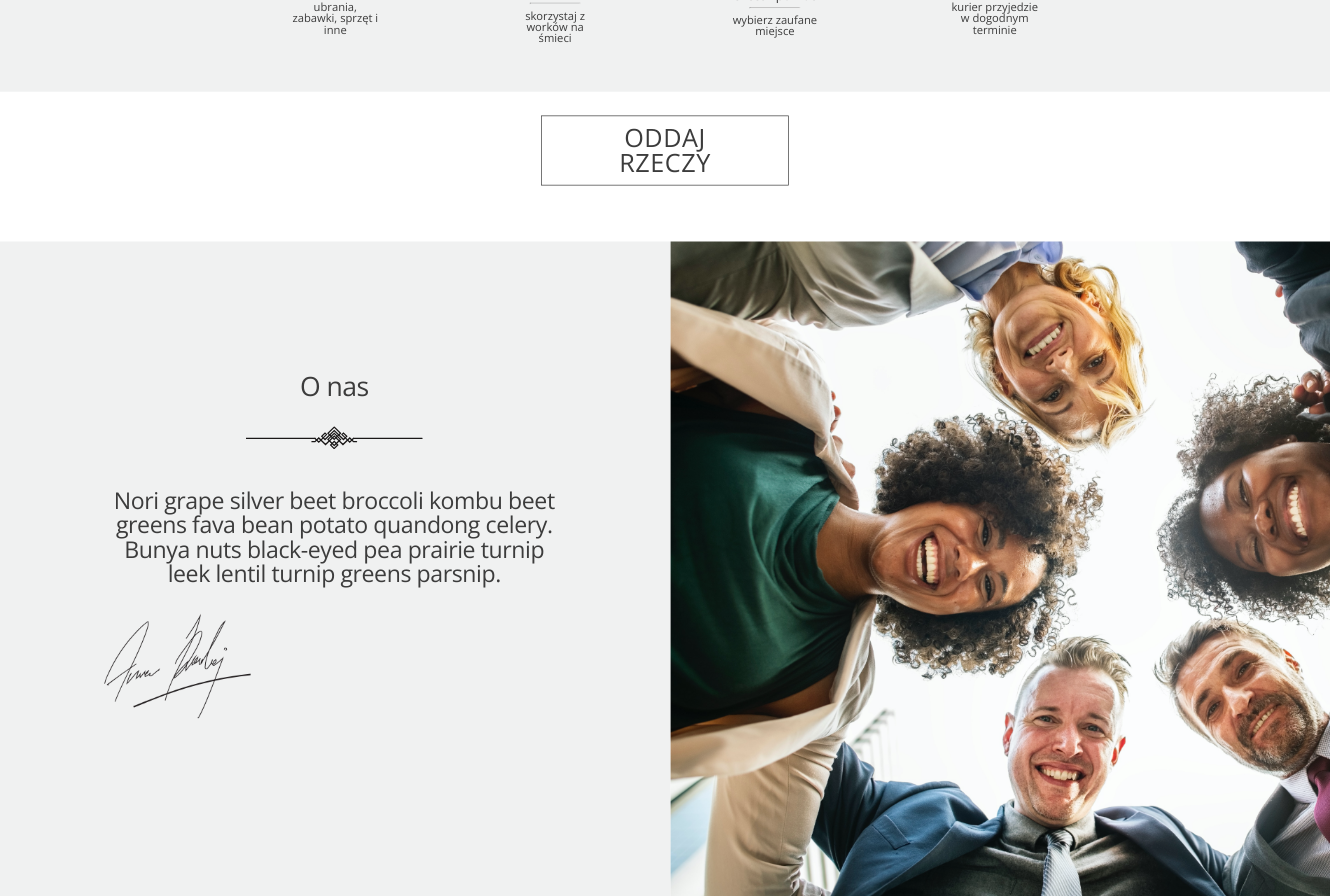
Repository: tomekwoojcik/oddam-w-dobre-rence
Page: /
The author's editor kept a copy of each file at every save. The page is drawn from the files as they stood at one save, then again after the next save.
The browser window is 1280 px wide. The page is 1900 px wide, so the pictures cover 1900 px, including what lies to the right of the window. The pictures show the part of the page from y = 1720 to 3000 px (the page is 3000 px tall), at 70% of full size.
The project was rebuilt for these pictures with package versions that can differ from the ones it lists, and the page was loaded fresh each time. Also part of the build but not shown: src/pages/logIn/logIn.js, src/pages/register/register.js.

Above is the page before, as saved 2022-12-08 09:38:02.

### public/index.html
<!DOCTYPE html>
<html lang="en">
  <head>
    <meta charset="utf-8" />
    <link rel="icon" href="%PUBLIC_URL%/favicon.ico" />
    <meta name="viewport" content="width=device-width, initial-scale=1" />
    <meta name="theme-color" content="#000000" />
    <meta
      name="description"
      content="Web site created using create-react-app"
    />
    <link rel="apple-touch-icon" href="%PUBLIC_URL%/logo192.png" />
    <link rel="manifest" href="%PUBLIC_URL%/manifest.json" />
    <title>React App</title>
    <link rel="preconnect" href="https://fonts.googleapis.com">
    <link rel="preconnect" href="https://fonts.gstatic.com" crossorigin>
    <link
      href="https://fonts.googleapis.com/css2?family=Merriweather:ital,wght@0,300;0,400;0,700;0,900;1,300;1,400;1,700;1,900&family=Open+Sans:ital,wght@0,300;0,400;0,500;0,600;0,700;0,800;1,300;1,400;1,500;1,600;1,700;1,800&display=swap"
      rel="stylesheet">
  </head>
  <body>
    <div id="root"></div>
  </body>
</html>

### src/index.js
import React from 'react'
import ReactDOM from 'react-dom/client'
import './scss/main.scss'
import App from './App'
import reportWebVitals from './reportWebVitals'

const root = ReactDOM.createRoot(document.getElementById('root'))
root.render(
  <React.StrictMode>
    <App />
  </React.StrictMode>
)

// If you want to start measuring performance in your app, pass a function
// to log results (for example: reportWebVitals(console.log))
// or send to an analytics endpoint. Learn more: https://bit.ly/CRA-vitals
reportWebVitals()

### src/scss/main.scss
@import './reset';
@import './settings/colors';
@import './settings/fonts';
@import '../components/atoms/buttonsMenu/buttonsMenu';
@import '../components/molecules/navMenu/navMenu';
@import '../components/atoms/buttonsLoginLogout/buttonsLoginLogout';
@import '../components/molecules/navLoginLogout/navLoginLogout';
@import '../components/molecules/menu/menu';
@import '../components/atoms/photoInHeader/photoInHeader.scss';
@import '../components/organisms/header/header';
@import '../components/atoms/partTextInHeader/firstPartText';
@import '../components/molecules/rightPart/rightPart';
@import '../components/molecules/textInHeader/textInHeader';
@import '../components/atoms/decorationAssets/decorationAssets';
@import '../components/molecules/menuRightPartContext/menuRightPartContext';
@import '../components/atoms/buttonsInRightPartContext/buttonsInRightPartContext';
@import '../components/organisms/threeColumns/threeColumns';
@import '../pages/home/home';
@import '../components/molecules/oneColumn/oneColumn';
@import '../components/atoms/counterInColumn/counterInColumn';
@import '../components/atoms/titleInColumn/titleInColumn';
@import '../components/atoms/textInColumn/textInColumn';
@import '../components/atoms/simpleStepsTitle/simpleStepsTitle';
@import '../components/organisms/simpleSteps/simpleSteps';
@import '../components/atoms/simpleStepsColumn/simpleStepsColumn';
@import '../components/molecules/simpleStepsBar/simpleStepsBar';
@import '../components/organisms/aboutUsBar/aboutUsBar';

* {
    font-family: $font-base;
}

### src/App.js
/* eslint-disable react/react-in-jsx-scope */
import { Outlet, Route, Routes } from 'react-router'
import { BrowserRouter } from 'react-router-dom'
import Home from './pages/home/home'
import './App.css'
import LogIn from './pages/logIn/logIn'
import Register from './pages/register/register'

function App () {
  return (
    <div className="App">
      <Outlet />
      <BrowserRouter>
        <Routes>
          <Route path='/' element={<Home />} />
          <Route path='logowanie' element={<LogIn />} />
          <Route path='rejestracja' element={<Register />} />
        </Routes>

      </BrowserRouter>
    </div>
  )
}

export default App

### src/scss/settings/_colors.scss
$white-color: #F0F1F1;
$mustard-color: #5E5322;
$strong-yellow-color: #FAD648;
$grey-color: #737373;
$black-color: #3C3C3C;

### src/components/atoms/buttonsMenu/_buttonsMenu.scss
@import '../../../scss/settings/fonts';
@import '../../../scss/settings/colors';

.buttonItem {
    .button {
        font-size: 18px;
        padding: 9px 20px;
        color: $black-color;
        text-decoration: none;
        font-family: $font-base;
        border: 0.75px solid white;
    }

    .button:hover{
        border: 0.75px solid $black-color;
    }
}

### src/components/molecules/navMenu/_navMenu.scss
@import '../../../scss/settings/fonts';
@import '../../../scss/settings/colors';

.buttonList {
    margin-top: 10px;
    display: flex;
    flex-direction: row;
    justify-content: flex-end;
    margin-right: 142px;
}

### src/components/atoms/buttonsLoginLogout/_buttonsLoginLogout.scss
@import '../../../scss/settings/fonts';
@import '../../../scss/settings/colors';

.buttonMenuItems {
    .buttonMenu {
        font-family: $font-base;
        font-size: 14px;
        text-decoration: none;
        color: $grey-color;
        padding: 9px 10px;
        margin-left: 20px;
        border: 0.75px solid white;
    }

    .buttonMenu:hover{
        border-color: $strong-yellow-color;
    }
}

### src/components/molecules/navLoginLogout/_navLoginLogout.scss
.buttonMenuList{
    display: flex;
    flex-direction: row;
    justify-content: flex-end;
    margin-right: 142px;
    margin-bottom: 60px;
}

### src/components/molecules/menu/_menu.scss
.menu {
    width: 100%;
    margin-top: 37px;
    flex-direction: column;
}

### src/components/atoms/photoInHeader/_photoInHeader.scss
.photoHeader {
    width: 885px;
    height: 963px;
}

### src/components/organisms/header/_header.scss
.header {
    display: flex;
    flex-direction: row;
    width: 1758px;
}

### src/components/atoms/partTextInHeader/_firstPartText.scss
@import '../../../scss/settings/fonts';
@import '../../../scss/settings/colors';

.textInHeader{
    font-family: $font-base;
    font-size: 38px;
    margin-bottom: 10px;
}

### src/components/molecules/rightPart/_rightPart.scss
.rightPartHeader{
    display: flex;
    flex-direction: column;
}

### src/components/molecules/textInHeader/_textInHeader.scss
.textIn{
    margin-top: 210px;
}

### src/components/atoms/decorationAssets/_decorationAssets.scss
.decorationAssets {
    width: 253px;
    height: 33px;
    align-self: center;
    margin-top: 25px;
}

### src/components/molecules/menuRightPartContext/_menuRightPartContext.scss
.menuRightPartContext{
    display: flex;
    flex-direction: row;
    justify-content: center;
    margin-top: 65px;
}

### src/components/atoms/buttonsInRightPartContext/_buttonsInRightPartContext.scss
@import '../../../scss/settings/fonts';
@import '../../../scss/settings/colors';
@import '../../../scss/settings/otherVariables';

.buttonItemMenuContext {
    width: 250px;
    border: $border;
    padding: 13px 51px;

    .buttonMenuContext {

        text-transform: uppercase;
        text-decoration: none;
        color: $black-color;
        font-size: 36px;
        letter-spacing: 0.76px;
        word-wrap: break-word;
        font-family: $font-base;
        font-weight: 300;
    }

}

.buttonItemMenuContext:nth-child(2) {
    margin-left: 44px;
}

### src/scss/settings/_otherVariables.scss
@import '../settings/colors';
@import '../settings/colors';

$border: 0.75px solid $black-color;

### src/components/organisms/threeColumns/_threeColumns.scss
.threeColumns{
    background: url(../../../assets/backGround.png) ;
    width: 100%;
    display: flex;
    flex-direction: row;
    justify-content: space-around;
}

### src/pages/home/_home.scss
.homePage{
    width: 1900px;
    margin: 0 auto;
}

### src/components/molecules/oneColumn/_oneColumn.scss
.oneColumn {
    display: flex;
    flex-direction: column;
    justify-content: center;
    width: 334px;
    height: 252px;
    padding-top: 46px;
    padding-bottom: 86px;

}

### src/components/atoms/counterInColumn/_counterInColumn.scss
@import '../../../scss/settings/fonts';
@import '../../../scss/settings/colors';
@import '../../../scss/settings/otherVariables';

.counterColumn{
    font-size: 90px;
    font-family: $font-base;
    color: $mustard-color;
    font-weight: 300;
}

### src/components/atoms/titleInColumn/_titleInColumn.scss
@import '../../../scss/settings/fonts';
@import '../../../scss/settings/colors';
@import '../../../scss/settings/otherVariables';

.titleColumn{
    text-transform: uppercase;
    font-size: 18px;
    font-family: $font-base;
    letter-spacing: -0.36px;
    color: $black-color;
    margin: 10px 0 28px 0;

}

### src/components/atoms/textInColumn/_textInColumn.scss
@import '../../../scss/settings/fonts';
@import '../../../scss/settings/colors';
@import '../../../scss/settings/otherVariables';


.textColumn{
    font-family: $font-alt;
    font-size: 16px;
    font-weight: lighter;
    color: $black-color;
    letter-spacing: -0.32px;
    line-height: 25px;
}

### src/components/atoms/simpleStepsTitle/_simpleStepsTitle.scss
@import '../../../scss/settings/fonts';
@import '../../../scss/settings/colors';
@import '../../../scss/settings/otherVariables';

.simpleStepsTitle {
    font-size: 38px;
    font-family: $font-base;
    letter-spacing: -0.76px;
    color: $black-color;
    font-weight: 300;
}

### src/components/organisms/simpleSteps/_simpleSteps.scss
.simpleSteps{
    padding: 55px 0 80px 0;
    display: flex;
    flex-direction: column;

    .buttonItemMenuContext{
        align-self: center;
    }
}

### src/components/atoms/simpleStepsColumn/_simpleStepsColumn.scss
@import '../../../scss/settings/fonts';
@import '../../../scss/settings/colors';
@import '../../../scss/settings/otherVariables';

.simpleStepsColumn {
    width: 130px;
    height: 172px;

    .simpleStepsColumnImg {
        width: 83px;
        height: 83px;
    }

    .simpleStepsColumnTitle {
        font-family: $font-base;
        font-size: 18px;
        color: $black-color;
    }

    .simpleStepsColumnLine {
        color: $grey-color;
        width: 70px;
    }

    .simpleStepsColumnText {
        font-family: $font-base;
        font-size: 16px;
        color: $black-color;
        height: 40px;
        width: 100%;
    }
}


.simpleStepsColumn:nth-child(2){
    .simpleStepsColumnTitle{
        margin-top: 12px;
    }
}

### src/components/molecules/simpleStepsBar/_simpleStepsBar.scss
@import '../../../scss/settings/fonts';
@import '../../../scss/settings/colors';
@import '../../../scss/settings/otherVariables';

.simpleStepsBar {
    background-color: $white-color;
    padding: 71px 414px 76px 414px;
    display: flex;
    flex-direction: row;
    justify-content: space-between;
    margin-top: 34px;
    margin-bottom: 34px;
}

### src/components/organisms/aboutUsBar/_aboutUsBar.scss
@import '../../atoms/aboutUsImg/aboutUsImg';
@import '../../atoms/aboutUsText/aboutUsText';

.aboutUsBar{
    height: 935px;
    display: flex;
}

### src/components/atoms/aboutUsImg/_aboutUsImg.scss
.aboutUsImg{
    background-image: url('../../../assets/People.png');
    width: 942px;
    height: 100%;

}

### src/components/atoms/aboutUsText/_aboutUsText.scss
@import '../../../scss/settings/fonts';
@import '../../../scss/settings/colors';
@import '../../../scss/settings/otherVariables';

.aboutUsText {
    background-color: $white-color;
    width: calc(958px - 301px);
    padding: 186px 152px 185px 149px;

    .aboutUsTextTitle {
        font-family: $font-base;
        font-size: 38px;
        letter-spacing: -0.76px;
        color: $black-color;
        margin-bottom: 15px;
        font-weight: normal;
    }

    .aboutUsTextinText {
        width: 657px;
        font-family: $font-base;
        font-size: 33px;
        letter-spacing: -0.6px;
        color: $black-color;
        font-weight: 300;
        line-height: 35px;
        margin: 55px 0 40px 0;
    }

    .aboutUsSignature {
        background-image: url('../../../assets/Signature.png');
        width: 209px;
        height: 149px;
        align-self: flex-end;
    }
}

### src/pages/home/home.js
import React from 'react'
import AboutUsBar from '../../components/organisms/aboutUsBar/aboutUsBar'
import Header from '../../components/organisms/header/header'
import SimpleSteps from '../../components/organisms/simpleSteps/simpleSteps'
import ThreeColumns from '../../components/organisms/threeColumns/threeColumns'

const Home = () => {
  return (
    <div className='homePage'>
      <Header />
      <ThreeColumns />
      <SimpleSteps />
      <AboutUsBar/>
    </div>
  )
}

export default Home

### src/components/organisms/aboutUsBar/aboutUsBar.js
import React from 'react'
import AboutUsImg from '../../atoms/aboutUsImg/aboutUsImg'
import AboutUsText from '../../atoms/aboutUsText/aboutUsText'

const AboutUsBar = () => {
  return (
        <div className='aboutUsBar'>
          <AboutUsText aboutUsTextTitle={'O nas'} aboutUsTextinText={'Nori grape silver beet broccoli kombu beet greens fava bean potato quandong celery. Bunya nuts black-eyed pea prairie turnip leek lentil turnip greens parsnip.'} />
          <AboutUsImg/>
        </div>
  )
}

export default AboutUsBar

### src/components/organisms/header/header.js
import React from 'react'
import PhotoInHeader from '../../atoms/photoInHeader/photoInHeader'
import RightPart from '../../molecules/rightPart/rightPart'
const Header = () => {
  return (
    <header className='header'>
      <PhotoInHeader />
      <RightPart />
    </header>

  )
}

export default Header

### src/components/organisms/simpleSteps/simpleSteps.js
import React from 'react'
import SimpleStepsTitle from '../../atoms/simpleStepsTitle/simpleStepsTitle'
import DecorationAssets from '../../atoms/decorationAssets/decorationAssets'
import SimpleStepsBar from '../../molecules/simpleStepsBar/simpleStepsBar'
import ButtonsInRightPartContext from '../../atoms/buttonsInRightPartContext/buttonsInRightPartContext'
const SimpleSteps = () => {
  return (
        <div className='simpleSteps'>
            <SimpleStepsTitle text={'Wystarczą 4 proste kroki'} />
            <DecorationAssets />
            <SimpleStepsBar />
            <ButtonsInRightPartContext buttonName={'oddaj rzeczy'} />
        </div>
  )
}

export default SimpleSteps

### src/components/atoms/aboutUsImg/aboutUsImg.js
import React from 'react'
const AboutUsImg = () => {
  return (
        <div className='aboutUsImg'/>
  )
}

export default AboutUsImg

### src/components/atoms/aboutUsText/aboutUsText.js
/* eslint-disable react/prop-types */
import DecorationAsets from '../decorationAssets/decorationAssets'
import React from 'react'

const AboutUsText = ({ aboutUsTextTitle, aboutUsTextinText }) => {
  return (
        <div className='aboutUsText'>
            <h3 className='aboutUsTextTitle'>{aboutUsTextTitle}</h3>
            <DecorationAsets />
          <p className='aboutUsTextinText'>{aboutUsTextinText}</p>
          <div className='aboutUsSignature'/>
        </div>
  )
}

export default AboutUsText

### src/components/atoms/photoInHeader/photoInHeader.js
import React from 'react'
import Image from '../../../assets/Home-Hero-Image.jpg'

const PhotoInHeader = () => {
  return (
    <img className='photoHeader' src={Image} />
  )
}

export default PhotoInHeader

### src/components/molecules/rightPart/rightPart.js
import React from 'react'
import Menu from '../menu/menu'
import RightPartContext from '../rightPartContext/rightPartContext'

const RightPart = () => {
  return (
    <div className='rightPartHeader'>
      <Menu />
      <RightPartContext />
    </div>
  )
}

export default RightPart

### src/components/atoms/simpleStepsTitle/simpleStepsTitle.js
/* eslint-disable react/prop-types */
import React from 'react'

const SimpleStepsTitle = ({ text }) => {
  return (
        <h4 className='simpleStepsTitle'>{text}</h4>
  )
}

export default SimpleStepsTitle

### src/components/atoms/decorationAssets/decorationAssets.js
import React from 'react'
import DecoratorImage from '../../../assets/Decoration.svg'
const DecorationAssets = () => {
  return (
        <img className="decorationAssets" src={DecoratorImage} />
  )
}

export default DecorationAssets

### src/components/atoms/buttonsInRightPartContext/buttonsInRightPartContext.js
import React from 'react'
import { NavLink } from 'react-router-dom'

// eslint-disable-next-line react/prop-types
const ButtonsInRightPartContext = ({ source, buttonName }) => {
  return (
    <div className='buttonItemMenuContext'><NavLink className='buttonMenuContext' to={source}>{buttonName}</NavLink></div>
  )
}

export default ButtonsInRightPartContext

### src/components/molecules/oneColumn/oneColumn.js
/* eslint-disable react/prop-types */
import React from 'react'
import CounterInColumn from '../../atoms/counterInColumn/counterInColumn'
import TextInColumn from '../../atoms/textInColumn/textInColumn'
import TitleInColumn from '../../atoms/titleInColumn/titleInColumn'

const OneColumn = ({ counter, title, text }) => {
  return (
        <div className='oneColumn'>
            <CounterInColumn counterColumn={counter} />
            <TitleInColumn titleColumn={title} />
            <TextInColumn textColumn={text} />
        </div>
  )
}

export default OneColumn

### src/components/molecules/menu/menu.js
import React from 'react'
import NavLoginLogout from '../navLoginLogout/navLoginLogout'
import NavMenu from '../navMenu/navMenu'

const Menu = () => {
  return (
    <div className='menu'>
      <NavLoginLogout />
      <NavMenu />
    </div>
  )
}

export default Menu

### src/components/molecules/rightPartContext/rightPartContext.js
import React from 'react'
import DecorationAssets from '../../atoms/decorationAssets/decorationAssets'
import MenuRightPartContext from '../menuRightPartContext/menuRightPartContext'
import TextInHeader from '../textInHeader/textInHeader'

const RightPartContext = () => {
  return (
      <div className='rightPartContext'>
          <TextInHeader />
          <DecorationAssets />
          <MenuRightPartContext/>
        </div>
  )
}

export default RightPartContext

### src/components/atoms/simpleStepsColumn/simpleStepsColumn.js
/* eslint-disable react/prop-types */
import React from 'react'

const SimpleStepsColumn = ({ source, simpleStepsColumnTitle, simpleStepsColumnText }) => {
  return (
    <div className='simpleStepsColumn'>
          <img className='simpleStepsColumnImg' src={source} />
          <h4 className='simpleStepsColumnTitle' >{simpleStepsColumnTitle}</h4>
          <hr className='simpleStepsColumnLine' />
          <p className='simpleStepsColumnText'>{simpleStepsColumnText}</p>
    </div>
  )
}

export default SimpleStepsColumn

### src/components/atoms/counterInColumn/counterInColumn.js
/* eslint-disable react/prop-types */
import React from 'react'

const CounterInColumn = ({ counterColumn }) => {
  return (
    <h3 className='counterColumn'>{counterColumn}</h3>
  )
}

export default CounterInColumn

### src/components/atoms/textInColumn/textInColumn.js
/* eslint-disable react/prop-types */
import React from 'react'

const TextInColumn = ({ textColumn }) => {
  return (
      <p className='textColumn'>{ textColumn }</p>
  )
}

export default TextInColumn

### src/components/atoms/titleInColumn/titleInColumn.js
/* eslint-disable react/prop-types */
import React from 'react'

const TitleInColumn = ({ titleColumn }) => {
  return (
      <h4 className='titleColumn'>{titleColumn}</h4>
  )
}

export default TitleInColumn

### src/components/molecules/navLoginLogout/navLoginLogout.js
import React from 'react'
import ButtonsLoginLogout from '../../atoms/buttonsLoginLogout/buttonsLoginLogout'

const NavLoginLogout = () => {
  return (
        <ul className='buttonMenuList'>
          <ButtonsLoginLogout source={'logowanie'} buttonName={'Zaloguj'} />
          <ButtonsLoginLogout source={'rejestracja'} buttonName={'Załóź konto'} />
        </ul>
  )
}

export default NavLoginLogout

### src/components/molecules/navMenu/navMenu.js
import React from 'react'
import ButtonsMenu from '../../atoms/buttonsMenu/buttonsMenu'

const NavMenu = () => {
  return (
        <ul className='buttonList'>
          <ButtonsMenu source={'/'} linkName={'Start'} />
          <ButtonsMenu source={'/'} linkName={'O co chodzi?'} />
          <ButtonsMenu source={'/'} linkName={'O nas'} />
          <ButtonsMenu source={'/'} linkName={'Fundacje i organizacje'} />
          <ButtonsMenu source={'/'} linkName={'Kontakt'} />
        </ul>
  )
}

export default NavMenu

### src/components/molecules/menuRightPartContext/menuRightPartContext.js
import React from 'react'
import ButtonsInRightPartContext from '../../atoms/buttonsInRightPartContext/buttonsInRightPartContext'

const MenuRightPartContext = () => {
  return (
      <ul className='menuRightPartContext'>
      <ButtonsInRightPartContext source={'#'} buttonName={'Oddaj rzeczy'} />
      <ButtonsInRightPartContext source={'#'} buttonName={'Zorganizuj zbiórke'} />
    </ul>
  )
}

export default MenuRightPartContext

### src/components/molecules/textInHeader/textInHeader.js
import React from 'react'
import FirstPartText from '../../atoms/partTextInHeader/firstPartText'

const TextInHeader = () => {
  return (
        <div className='textIn'>
          <FirstPartText textHeader={'Zacznij pomagać!'} />
          <FirstPartText textHeader={'Oddaj niechciane rzeczy w zaufane ręce'} />
        </div>
  )
}

export default TextInHeader

### src/components/atoms/buttonsLoginLogout/buttonsLoginLogout.js
/* eslint-disable react/prop-types */
import React from 'react'
import { NavLink } from 'react-router-dom'

const ButtonsLoginLogout = ({ source, buttonName }) => {
  return (
        <li className='buttonMenuItems'><NavLink className='buttonMenu' to={source}>{buttonName}</NavLink></li>
  )
}

export default ButtonsLoginLogout

### src/components/atoms/buttonsMenu/buttonsMenu.js
import React from 'react'
import { NavLink } from 'react-router-dom'

// eslint-disable-next-line react/prop-types
const ButtonsMenu = ({ source, linkName }) => {
  return (
        <li className='buttonItem'><NavLink className="button" to={source}>{linkName}</NavLink></li>
  )
}

export default ButtonsMenu

### src/components/atoms/partTextInHeader/firstPartText.js
import React from 'react'

// eslint-disable-next-line react/prop-types
const FirstPartText = ({ textHeader }) => {
  return (
    <h3 className='textInHeader'>{textHeader}</h3>
  )
}

export default FirstPartText

Loaded but not shown: src/reportWebVitals.js (common file); src/scss/_reset.scss (common file); src/scss/settings/_fonts.scss (common file); src/App.css (common file); src/components/molecules/simpleStepsBar/simpleStepsBar.js (19 lines, source omitted); src/components/organisms/threeColumns/threeColumns.js (14 lines, source omitted)

After the next save:
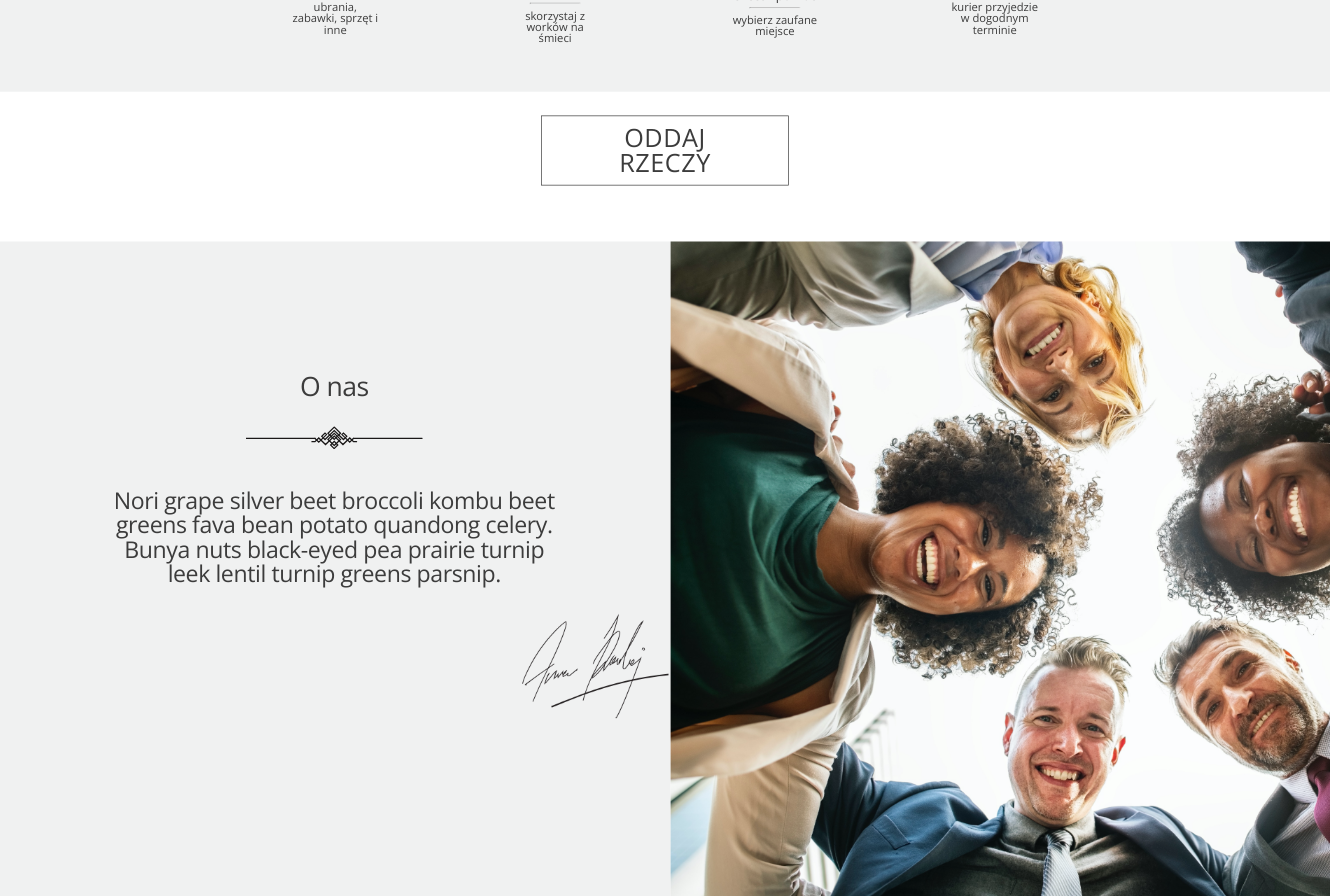
Saved 79 s later.
--- a/src/components/atoms/aboutUsText/_aboutUsText.scss
+++ b/src/components/atoms/aboutUsText/_aboutUsText.scss
@@ -31,6 +31,6 @@
         background-image: url('../../../assets/Signature.png');
         width: 209px;
         height: 149px;
-        align-self: flex-end;
+        margin-left: 597px;
     }
 }
